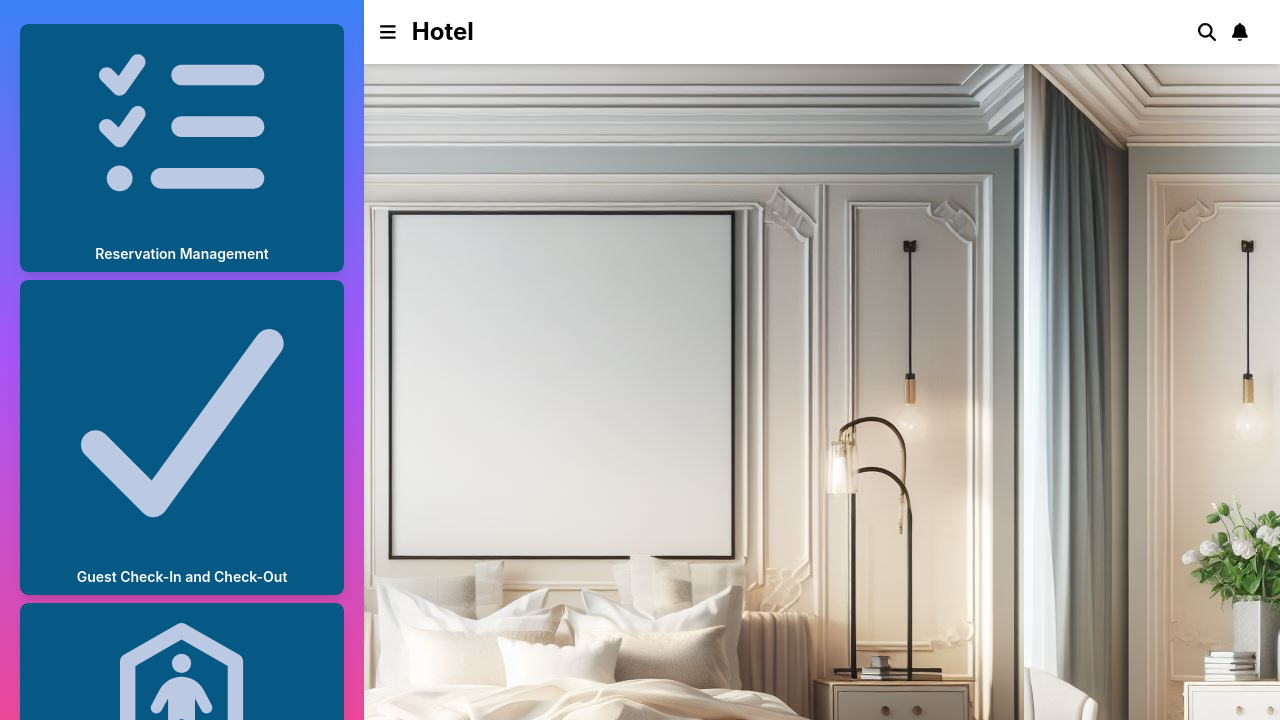
Repository: musabismael/Hotel
Page: /
The author's editor kept a copy of each file at every save. The page is drawn from the files as they stood at one save, then again after a run of saves.
The browser window is 1280 px wide. The pictures show the whole page.
The project was rebuilt for these pictures with package versions that can differ from the ones it lists, and the page was loaded fresh each time. Also part of the build but not shown: vite.config.js, src/App.css, src/pages/ReservationManagement.jsx, src/pages/GuestCheckInOut.jsx, src/pages/RoomManagement.jsx, src/pages/BillingPayment.jsx, src/pages/HousekeepingMaintenance.jsx, src/pages/GuestServices.jsx and 6 more.

Above is the page before, as saved 2023-10-01 19:07:27.

After the next 2 saves:
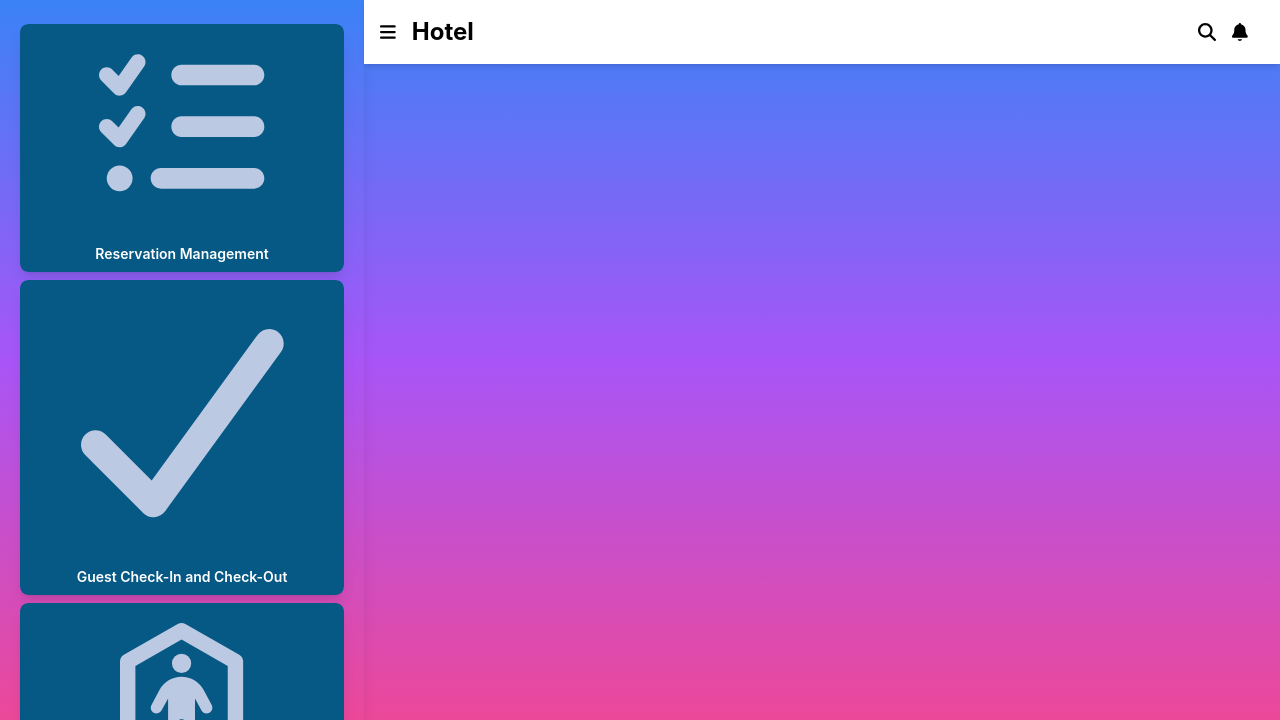
The 2 saves are shown as one change because they came seconds apart.
The last was saved 113 s later.
--- a/src/layouts/LandingPageLayout.jsx
+++ b/src/layouts/LandingPageLayout.jsx
@@ -3,7 +3,7 @@ import Header from "../component/Header";
 import Sidebar from "../component/Sidebar";
 const LandingPageLayout = () => {
   return (
-    <div className="flex #3d7c9f">
+    <div className="flex bg-gradient-to-b from-blue-500 via-purple-500 to-pink-500">
       <Sidebar />
 
       <div className="flex-1">
